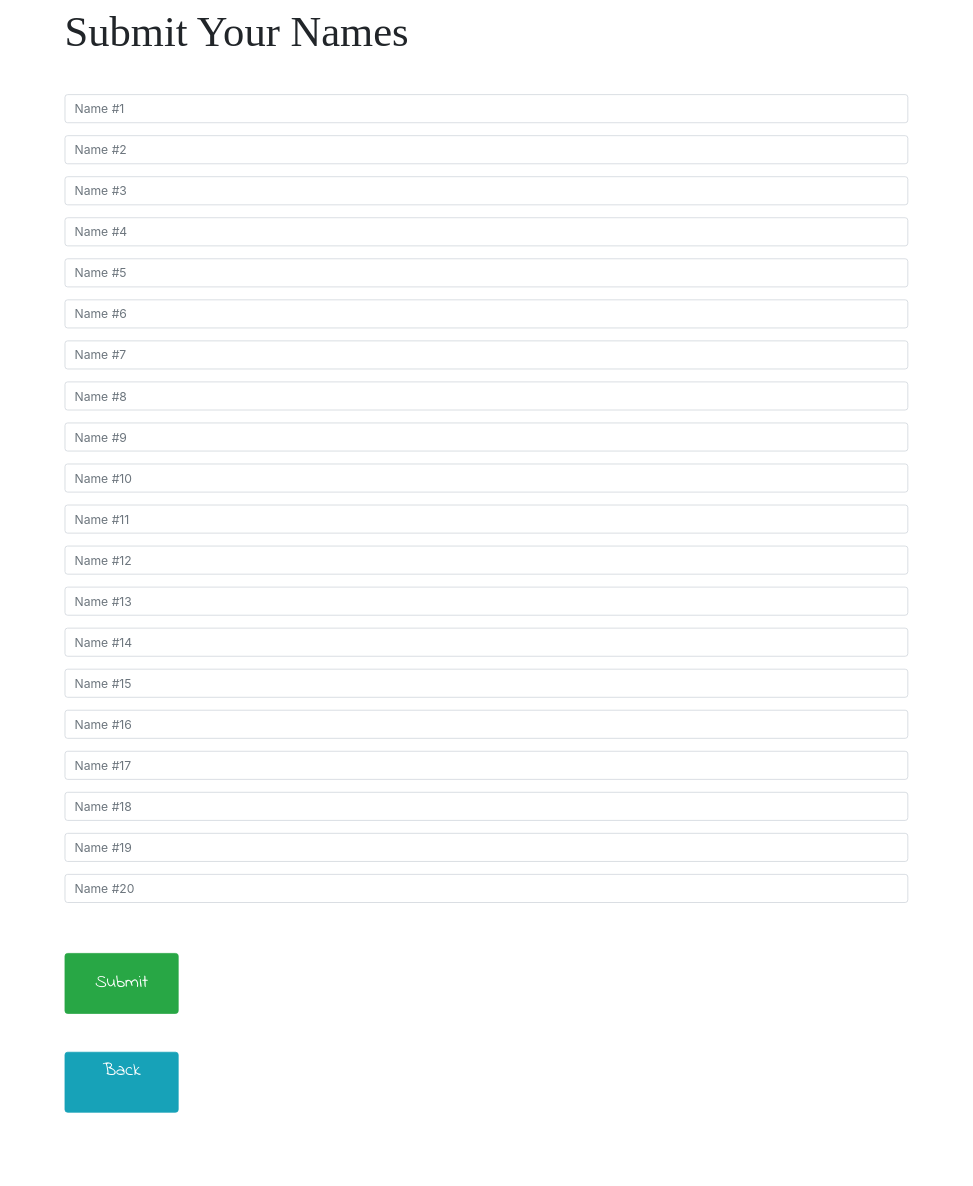
Repository: TaylorD1982/randomizer
Page: submit.html
The author's editor kept a record of every edit. The page is drawn from the files as they stood at one moment, then again after the next edit.
The browser window is 1280 px wide. The pictures show the whole page, at 76% of full size.
Some web fonts or font styles are not loaded; a fallback is used. Some web libraries are served in a nearby version.

Above is the page before.
Console error: ReferenceError: emailjs is not defined

After the next edit:
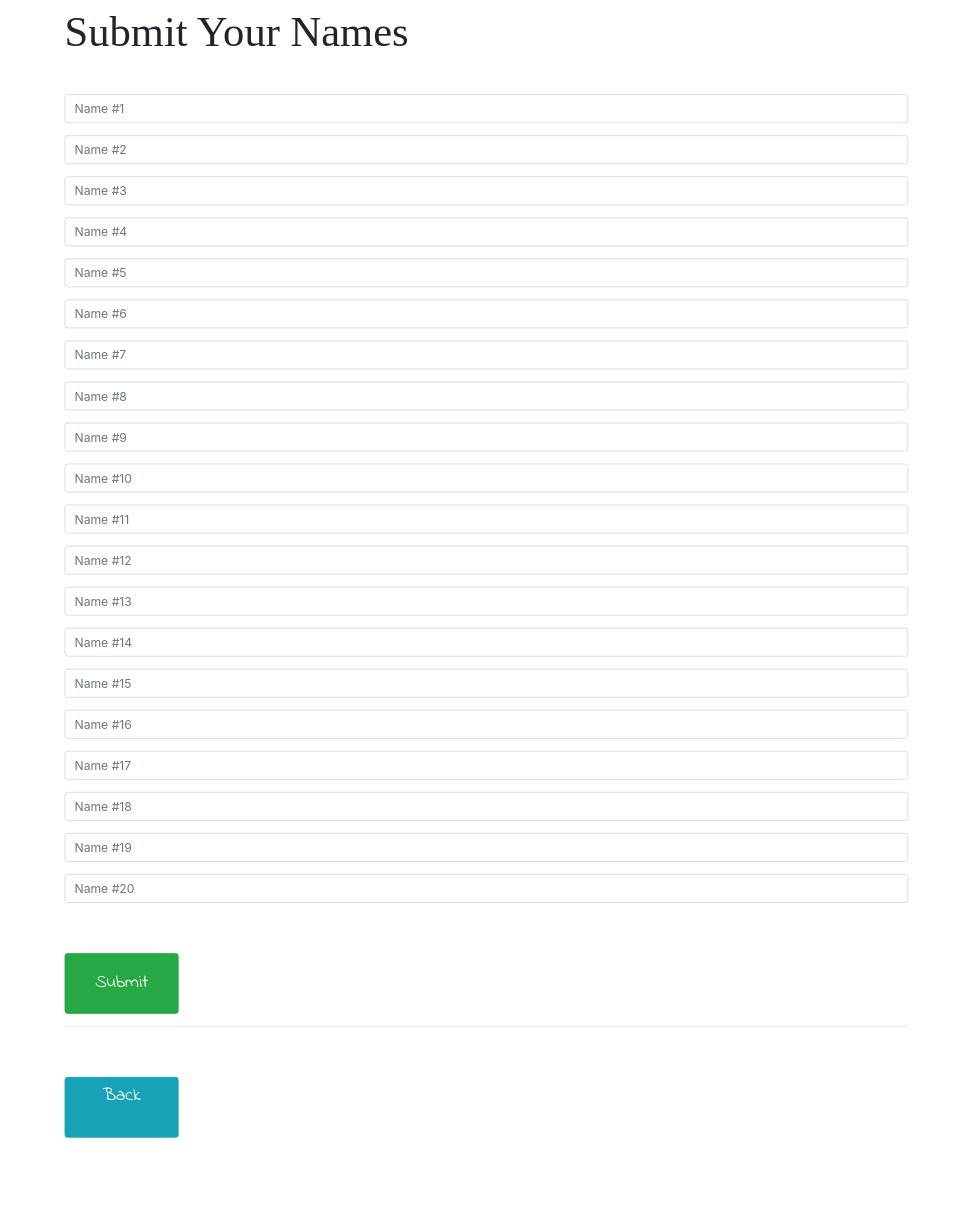
The edit:
--- a/submit.html
+++ b/submit.html
@@ -92,8 +92,8 @@
                         <input type="text" name="name" class="form-control" id="fullname" placeholder="Name #20" />
                     </div>
                     <button type="submit" class="btn btn-success">Submit</button>
-                    <br>
-                    <a href="submit.html" class="btn btn-info">
+                    <hr>
+                    <a href="index.html" class="btn btn-info">
                       Back
                     </a>
                     <br>
